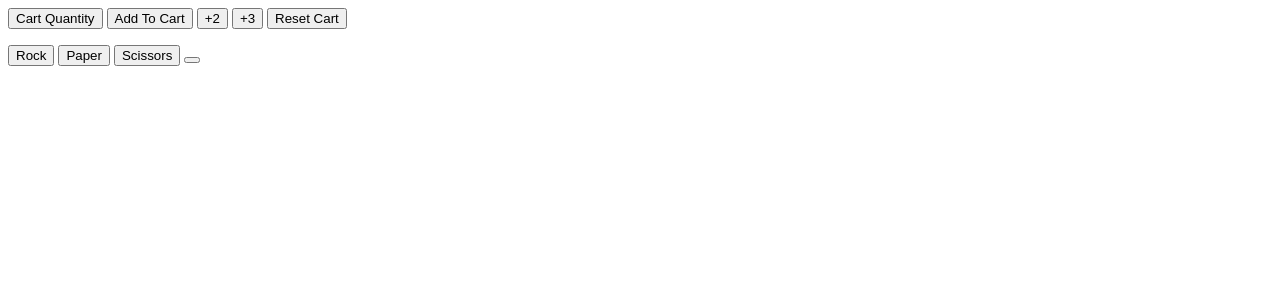
Repository: EguJaredoBoyd/Jared-Learning-Projects
Page: javascript-tutorial.html
The author's editor kept a copy of each file at every save. The page is drawn from the files as they stood at one save, then again after the next save.
The browser window is 1280 px wide. The pictures show the whole page.

Above is the page before, as saved 2025-07-02 13:04:59.

### javascript-tutorial.html
<!DOCTYPE html>
<html lang="en">
<head>
    <meta charset="UTF-8">
    <meta name="viewport" content="width=device-width, initial-scale=1.0">
    <title>Document</title>
    <script src="javacript-tutorial.js" defer></script>
</head>
<body>
    <main>
        <section>
            <button onclick="cartDisplay()">Cart Quantity</button>
            <button onclick="addCart();
            cartDisplay()">Add To Cart</button>
            <button onclick="addCart2();
            cartDisplay()">+2</button>
            <button onclick="addCart3();
            cartDisplay()">+3</button>
            <button onclick="cartReset();
            cartDisplay()">Reset Cart</button>

            <p id="cart-quantity"></p>
        </section>

        <section>
            <button onclick="selectRock()">Rock</button>
            <button onclick="selectPaper()">Paper</button>
            <button onclick="selectScissors()">Scissors</button>
            <button onclick=""></button>
        </section>
    </main>

</body>
</html>

### javacript-tutorial.js
let cartQuantity = 0;
function cartDisplay(){
    document.getElementById('cart-quantity').innerHTML = cartQuantity;
};

function addCart(){
    cartQuantity = cartQuantity + 1;
};

function addCart2(){
    cartQuantity += 2;
};

function addCart3(){
    cartQuantity += 3;
};

function cartReset(){
    alert("Cart has been reset");
    cartQuantity = 0;
};



let randomNumber = Math.random();
let computerMove = '';
let score = {
    wins: 0,
    losses: 0,
    ties: 0
};





function selectRock (){
    if (randomNumber >= 0 && randomNumber <= 1/3) {
        computerMove =  'rock';
    }
    else if (randomNumber >= 1/3 && randomNumber <= 2/3){
        computerMove = 'paper'
    }
    else if (randomNumber >= 2/3 && randomNumber <= 2/3 || randomNumber <= 3/3){
        computerMove = 'scissors'
    };

    if (computerMove === 'rock') {
        result = 'tie'
    }
    else if (computerMove === 'paper') {
        result = 'lose'
    }
    else if (computerMove === 'scissors') {
        result =  'win'
    };

    if (result === 'win') {
        score.wins += 1
        newResult = 'wins!'

    }

    else if (result === 'lose') {
        score.losses += 1
        newResult = 'losses!'
    }

    else if (result === 'tie') {
        score.ties += 1
        newResult = 'ties!'
    };

    if (newResult === 'wins!') {
        newScore = score.wins
        valueOne = score.losses
        outcomeOne = 'losses'
        valueTwo = score.ties
        outcomeTwo = 'ties'
    }
    else if (newResult === 'losses!') {
        newScore = score.losses
        valueOne = score.wins
        outcomeOne = 'wins'
        valueTwo = score.ties
        outcomeTwo = 'ties'
    }
    else if (newResult === 'ties!') {
        newScore = score.ties
        valueOne = score.wins
        outcomeOne = 'wins'
        valueTwo = score.losses
        outcomeTwo = 'losses'
    };

    alert(`You picked rock and the computer picked ${computerMove}, you ${result}!
You have ${newScore} ${newResult}, ${valueOne} ${outcomeOne}, and ${outcomeTwo} ${valueTwo}`);
};

function selectPaper () {
    if (randomNumber >= 0 && randomNumber <= 1/3) {
        computerMove =  'rock';
    }
    else if (randomNumber >= 1/3 && randomNumber <= 2/3){
        computerMove = 'paper'
    }
    else if (randomNumber >= 2/3 && randomNumber <= 2/3 || randomNumber <= 3/3){
        computerMove = 'scissors'
    };

    if (computerMove === 'paper') {
        result = 'tie'
    }
    else if (computerMove === 'scissors') {
        result = 'lose'
    }
    else if (computerMove === 'rock') {
        result =  'win'
    };

    if (result === 'win') {
        score.wins += 1
        newResult = 'wins!'

    }

    else if (result === 'lose') {
        score.losses += 1
        newResult = 'losses!'
    }

    else if (result === 'tie') {
        score.ties += 1
        newResult = 'ties!'
    };

    if (newResult === 'wins!') {
        newScore = score.wins
        valueOne = score.losses
        outcomeOne = 'losses'
        valueTwo = score.ties
        outcomeTwo = 'ties'
    }
    else if (newResult === 'losses!') {
        newScore = score.losses
        valueOne = score.wins
        outcomeOne = 'wins'
        valueTwo = score.ties
        outcomeTwo = 'ties'
    }
    else if (newResult === 'ties!') {
        newScore = score.ties
        valueOne = score.wins
        outcomeOne = 'wins'
        valueTwo = score.losses
        outcomeTwo = 'losses'
    };

    alert(`You picked rock and the computer picked ${computerMove}, you ${result}!
You have ${newScore} ${newResult}, ${valueOne} ${outcomeOne}, and ${outcomeTwo} ${valueTwo}`);
};

function selectScissors () {
    if (randomNumber >= 0 && randomNumber <= 1/3) {
        computerMove =  'rock';
    }
    else if (randomNumber >= 1/3 && randomNumber <= 2/3){
        computerMove = 'paper'
    }
    else if (randomNumber >= 2/3 && randomNumber <= 2/3 || randomNumber <= 3/3){
        computerMove = 'scissors'
    };

    if (computerMove === 'scissors') {
        result = 'tie'
    }
    else if (computerMove === 'rock') {
        result = 'lose'
    }
    else if (computerMove === 'paper') {
        result =  'win'
    };

    if (result === 'win') {
        score.wins += 1
        newResult = 'wins!'

    }

    else if (result === 'lose') {
        score.losses += 1
        newResult = 'losses!'
    }

    else if (result === 'tie') {
        score.ties += 1
        newResult = 'ties!'
    };

    if (newResult === 'wins!') {
        newScore = score.wins
        valueOne = score.losses
        outcomeOne = 'losses'
        valueTwo = score.ties
        outcomeTwo = 'ties'
    }
    else if (newResult === 'losses!') {
        newScore = score.losses
        valueOne = score.wins
        outcomeOne = 'wins'
        valueTwo = score.ties
        outcomeTwo = 'ties'
    }
    else if (newResult === 'ties!') {
        newScore = score.ties
        valueOne = score.wins
        outcomeOne = 'wins'
        valueTwo = score.losses
        outcomeTwo = 'losses'
    };

    alert(`You picked rock and the computer picked ${computerMove}, you ${result}!
You have ${newScore} ${newResult}, ${valueOne} ${outcomeOne}, and ${outcomeTwo} ${valueTwo}`);
}

After the next save:
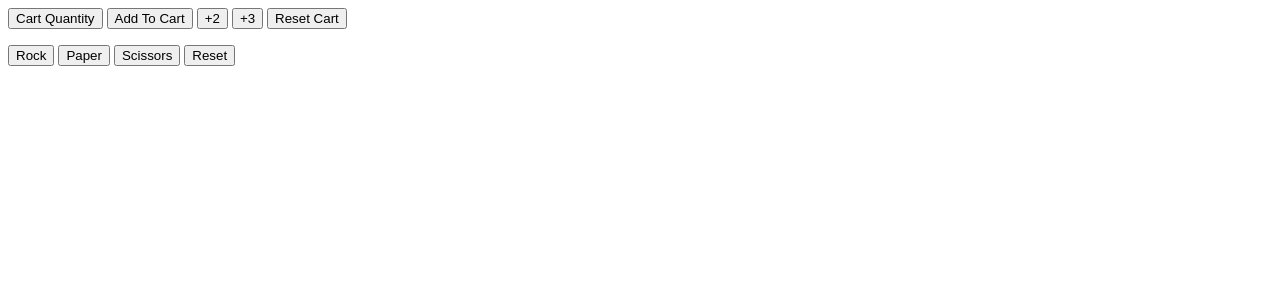
Saved 2 min 15 s later.
--- a/javascript-tutorial.html
+++ b/javascript-tutorial.html
@@ -26,7 +26,7 @@
             <button onclick="selectRock()">Rock</button>
             <button onclick="selectPaper()">Paper</button>
             <button onclick="selectScissors()">Scissors</button>
-            <button onclick=""></button>
+            <button onclick="">Reset</button>
         </section>
     </main>
 
